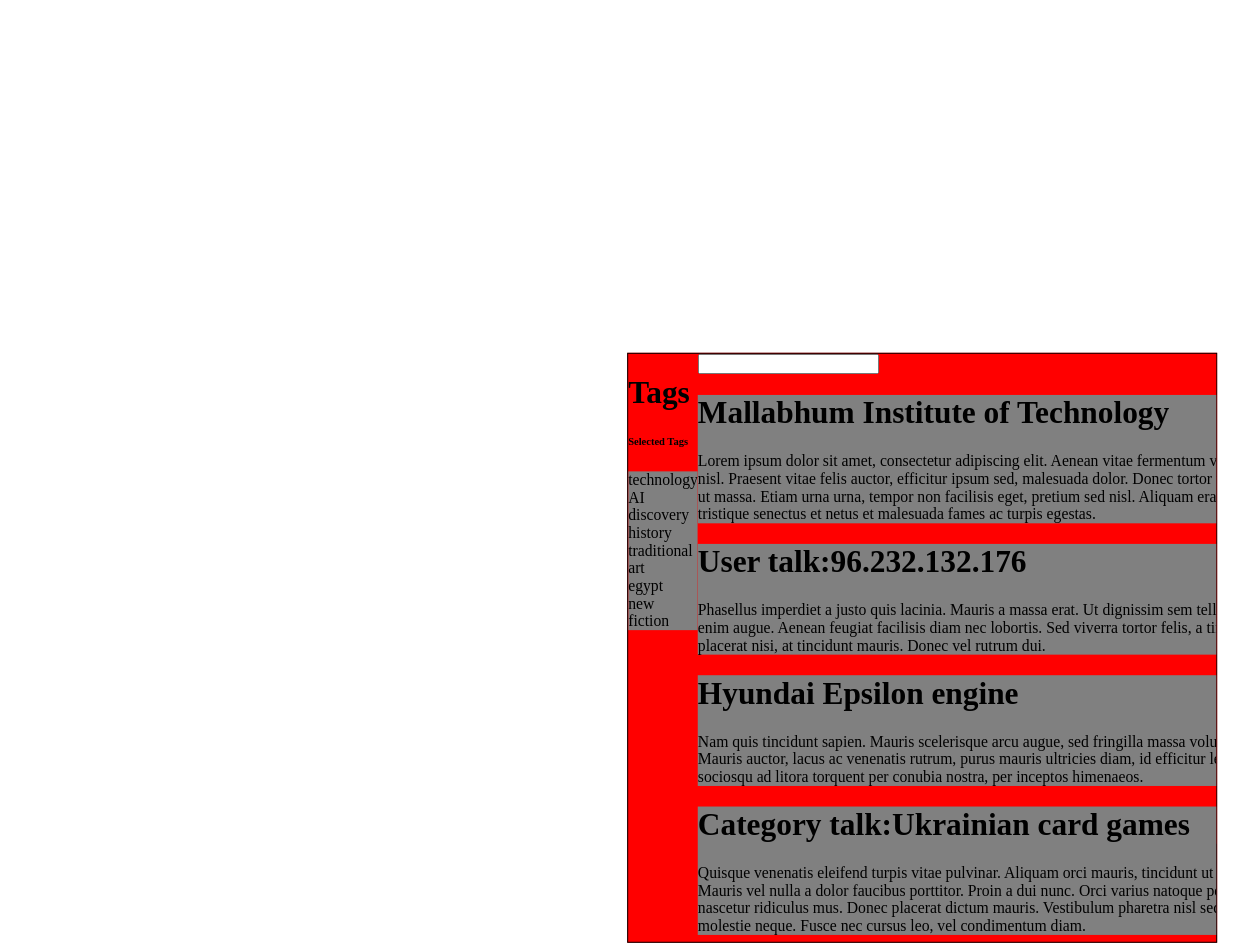
Repository: KelaiAffaf/bridger
Page: /
These files come from the project's save history. The page is drawn as it stood at one moment and after a run of saves; the edit follows.
The browser window is 1280 px wide. The pictures show the whole page, at 98% of full size.
The project was rebuilt for these pictures with package versions that can differ from the ones it lists, and the page was loaded fresh each time. Also part of the build but not shown: vite.config.js.

Above is the page before, as saved 2023-06-08 11:20:11.

After the next 2 saves:
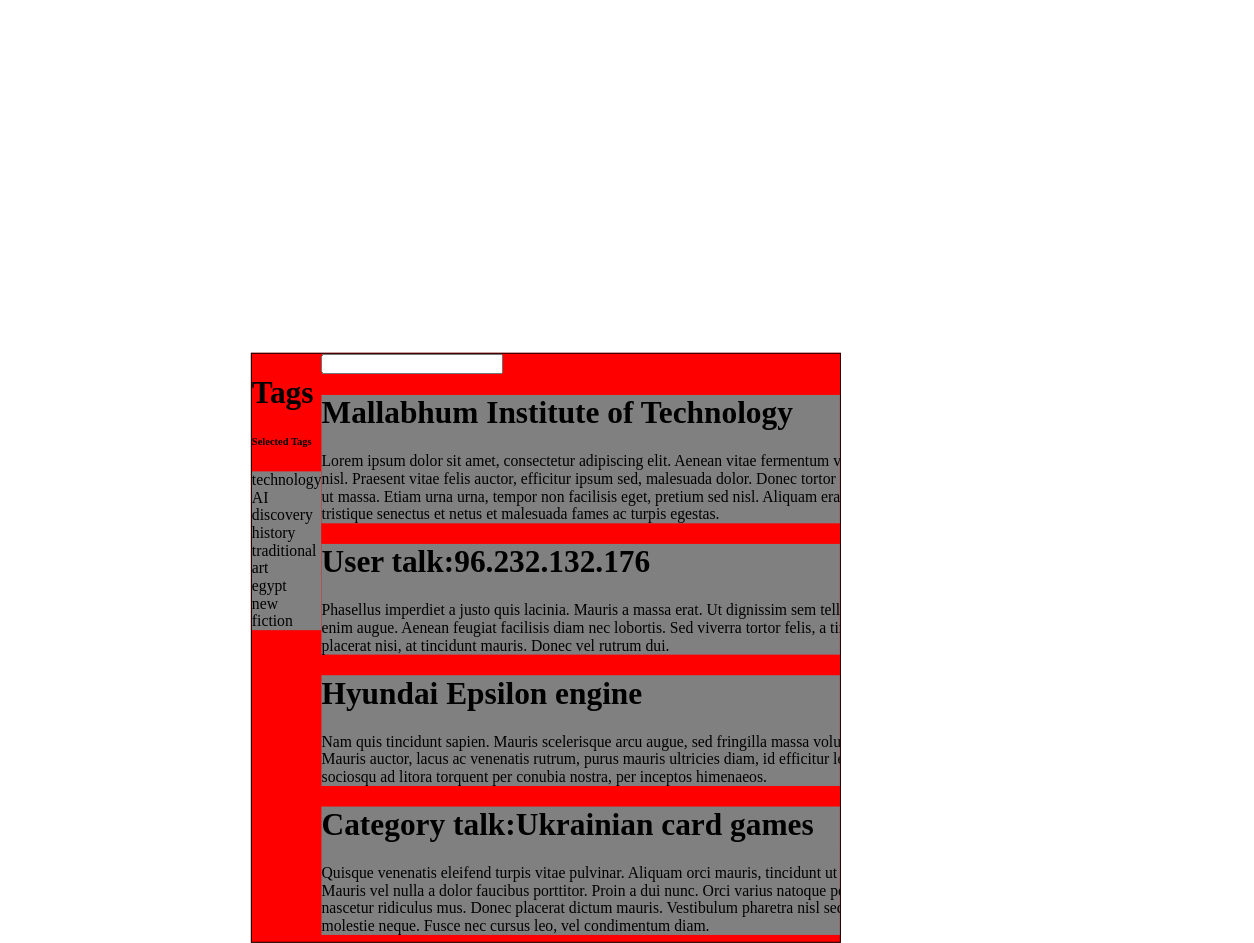
The 2 saves are shown as one change because they came seconds apart.
The last was saved 5 s later.
--- a/src/App.jsx
+++ b/src/App.jsx
@@ -37,7 +37,7 @@
       overflow: "hidden",
       position: "absolute",
       top: "50%",
-      left: "50%",
+      left: "20%",
     }}
       >
       <div>
